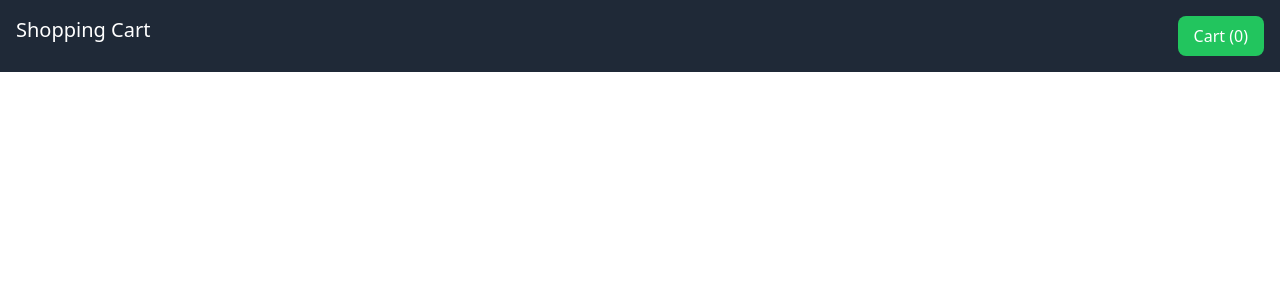
Repository: Meenakshi-commits/cart_app
Page: /
An editor plug-in stored every save of this project. The page is shown before and after the next save, followed by the edit.
The browser window is 1280 px wide. The pictures show the whole page.
The page's requests for data from a server got no answer. The project was rebuilt for these pictures with package versions that can differ from the ones it lists, and the page was loaded fresh each time. No one was signed in, and anything a server would have sent is missing. Also part of the build but not shown: vite.config.js, src/components/ProductItem.jsx.

Above is the page before, as saved 2025-01-07 21:51:38.

After the next save:
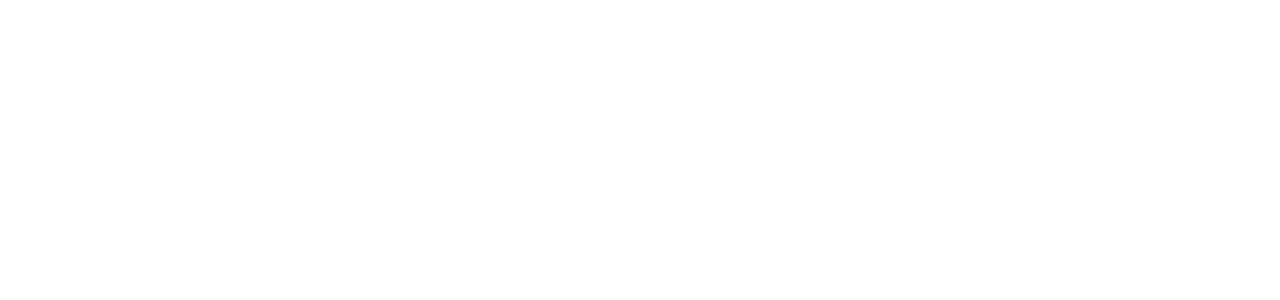
Console error: ReferenceError: Button is not defined
Saved 14 s later.
--- a/src/App.jsx
+++ b/src/App.jsx
@@ -1,4 +1,4 @@
-// src/App.js or Parent Component
+// src/App.js
 import React, { useState } from 'react';
 import CartModal from './components/CartModal';
 import ProductList from './components/ProductList';
@@ -19,12 +19,13 @@
     <div>
       <header className="flex justify-between p-4 bg-gray-800 text-white">
         <h1 className="text-xl">Shopping Cart</h1>
-        <button
+        <Button
+          variant="gradient"
+          color="blue"
           onClick={() => setIsCartOpen(true)}
-          className="bg-green-500 px-4 py-2 rounded-lg"
         >
           Cart ({cartItems.length})
-        </button>
+        </Button>
       </header>
 
       <ProductList onAddToCart={addToCart} cartItems={cartItems} />

After the save that followed:
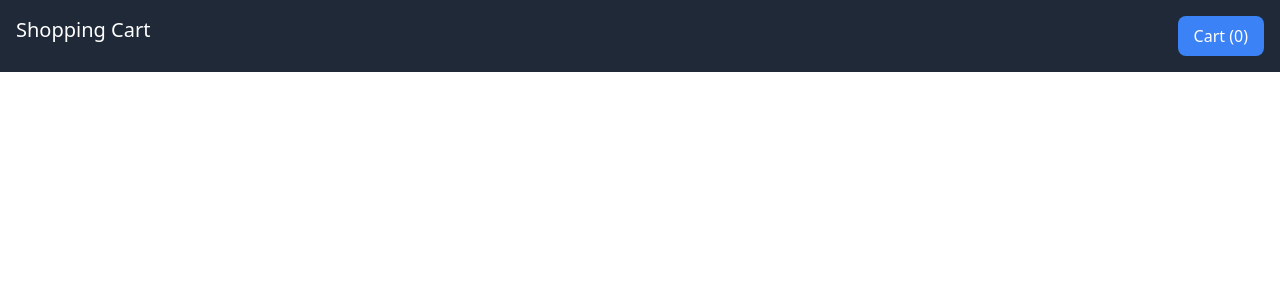
The error is gone.
Saved 115 s later.
--- a/src/App.jsx
+++ b/src/App.jsx
@@ -1,7 +1,7 @@
 // src/App.js
-import React, { useState } from 'react';
-import CartModal from './components/CartModal';
-import ProductList from './components/ProductList';
+import React, { useState } from "react";
+import CartModal from "./components/CartModal";
+import ProductList from "./components/ProductList";
 
 function App() {
   const [cartItems, setCartItems] = useState([]);
@@ -19,16 +19,15 @@
     <div>
       <header className="flex justify-between p-4 bg-gray-800 text-white">
         <h1 className="text-xl">Shopping Cart</h1>
-        <Button
-          variant="gradient"
-          color="blue"
+        <button
           onClick={() => setIsCartOpen(true)}
+          className="px-4 py-2 bg-blue-500 text-white rounded-lg hover:bg-blue-600"
         >
           Cart ({cartItems.length})
-        </Button>
+        </button>
       </header>
 
-      <ProductList onAddToCart={addToCart} cartItems={cartItems} />
+      <ProductList onAddToCart={addToCart} />
 
       <CartModal
         isOpen={isCartOpen}
--- a/src/components/CartModal.jsx
+++ b/src/components/CartModal.jsx
@@ -1,21 +1,29 @@
 // src/components/CartModal.js
 import React from "react";
-import {
-  Button,
-  Dialog,
-  DialogHeader,
-  DialogBody,
-  DialogFooter,
-} from "@material-tailwind/react";
 
 const CartModal = ({ isOpen, onRequestClose, cartItems, onRemoveFromCart }) => {
-  // Calculate total value of the cart
+  // Calculate the total value of the cart
   const totalValue = cartItems.reduce((total, item) => total + item.price, 0).toFixed(2);
 
+  if (!isOpen) return null;
+
   return (
-    <Dialog open={isOpen} handler={onRequestClose}>
-      <DialogHeader>Your Cart</DialogHeader>
-      <DialogBody>
+    <div
+      className="fixed inset-0 bg-gray-500 bg-opacity-50 z-50 flex justify-center items-center"
+      onClick={onRequestClose}
+    >
+      <div
+        className="bg-white w-96 p-6 rounded-lg shadow-lg"
+        onClick={(e) => e.stopPropagation()} // Prevent closing the modal when clicking inside
+      >
+        <button
+          onClick={onRequestClose}
+          className="absolute top-2 right-2 text-gray-500 hover:text-gray-700"
+        >
+          X
+        </button>
+
+        <h2 className="text-2xl font-bold text-gray-800 mb-4">Your Cart</h2>
         <div className="space-y-4">
           {cartItems.length === 0 ? (
             <p className="text-gray-500">No items in your cart</p>
@@ -24,38 +32,39 @@
               <div key={index} className="border-b pb-4">
                 <h4 className="text-xl font-semibold text-gray-800">{item.title}</h4>
                 <p className="text-gray-600">{item.description}</p>
-                <Button
-                  color="red"
-                  size="sm"
+                <button
                   onClick={() => onRemoveFromCart(item.id)}
-                  className="mt-2"
+                  className="mt-2 px-4 py-2 bg-red-500 text-white rounded-lg hover:bg-red-600"
                 >
                   Remove from Cart
-                </Button>
+                </button>
               </div>
             ))
           )}
         </div>
+
         {cartItems.length > 0 && (
           <div className="mt-4 text-lg font-semibold text-gray-800">
             <p>Total: ${totalValue}</p>
           </div>
         )}
-      </DialogBody>
-      <DialogFooter>
-        <Button
-          variant="text"
-          color="red"
-          onClick={onRequestClose}
-          className="mr-1"
-        >
-          <span>Close</span>
-        </Button>
-        <Button color="green" onClick={onRequestClose}>
-          <span>Confirm</span>
-        </Button>
-      </DialogFooter>
-    </Dialog>
+
+        <div className="flex justify-end space-x-4 mt-4">
+          <button
+            onClick={onRequestClose}
+            className="px-4 py-2 bg-gray-500 text-white rounded-lg hover:bg-gray-600"
+          >
+            Close
+          </button>
+          <button
+            onClick={onRequestClose}
+            className="px-4 py-2 bg-green-500 text-white rounded-lg hover:bg-green-600"
+          >
+            Confirm
+          </button>
+        </div>
+      </div>
+    </div>
   );
 };
 
